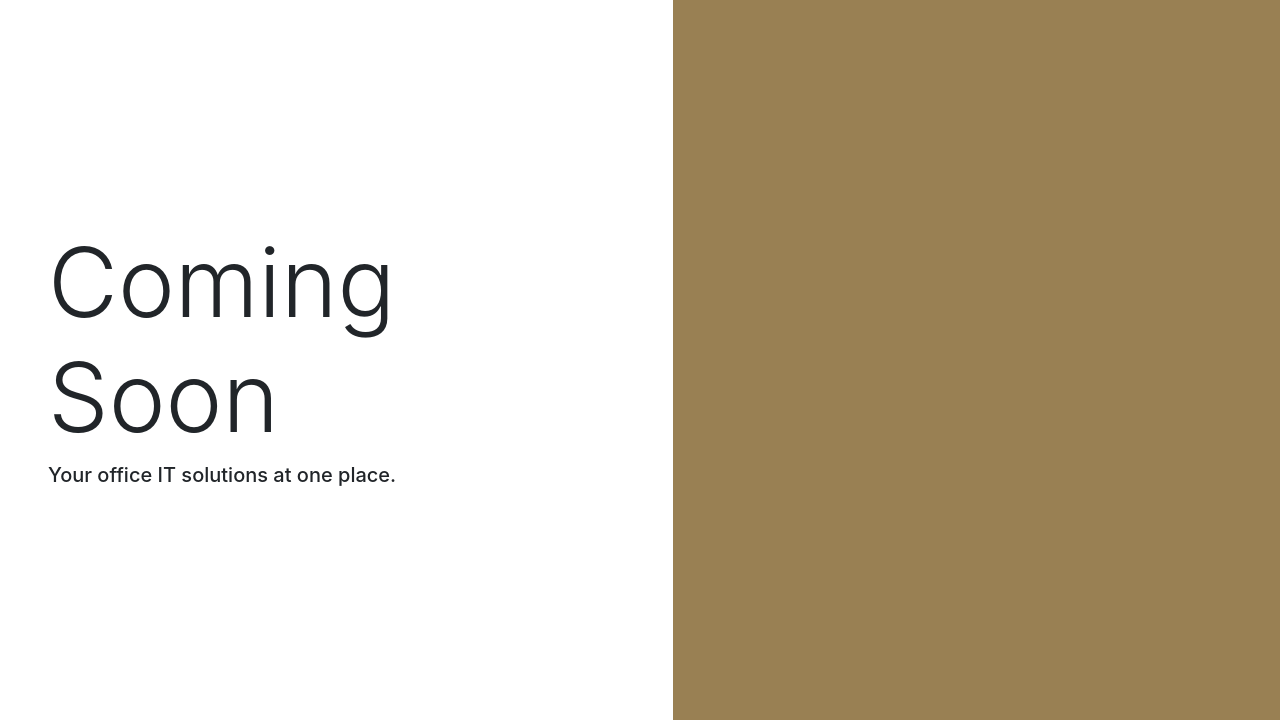
Repository: Thekxgh/website
Page: /
The author's editor kept a copy of each file at every save. The page is drawn from the files as they stood at one save, then again after the next save.
The browser window is 1280 px wide. The pictures show the whole page.
The project was rebuilt for these pictures with package versions that can differ from the ones it lists, and the page was loaded fresh each time.

Above is the page before, as saved 2021-07-14 09:38:22.

After the next save:
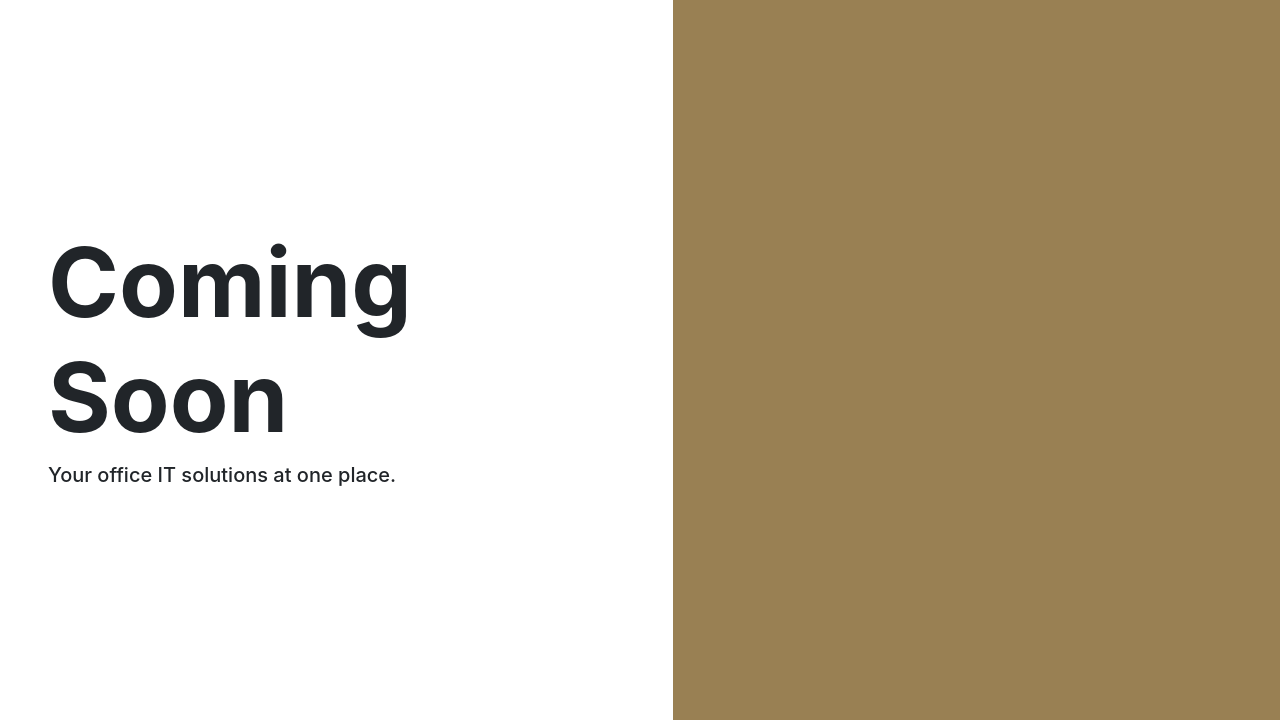
Saved 22 s later.
--- a/src/presentation/LandingPage.tsx
+++ b/src/presentation/LandingPage.tsx
@@ -5,7 +5,7 @@ export const LandingPage = () => {
     <Container fluid>
         <Row className="min-vh-100 align-items-center">
             <Col className="p-5">
-                <h1 className="display-1">Coming Soon</h1>
+                <h1 className="display-1 font-weight-bold">Coming Soon</h1>
                 <h5>Your office IT solutions at one place.</h5>
             </Col>
             <Col className="bg-primary min-vh-100">
